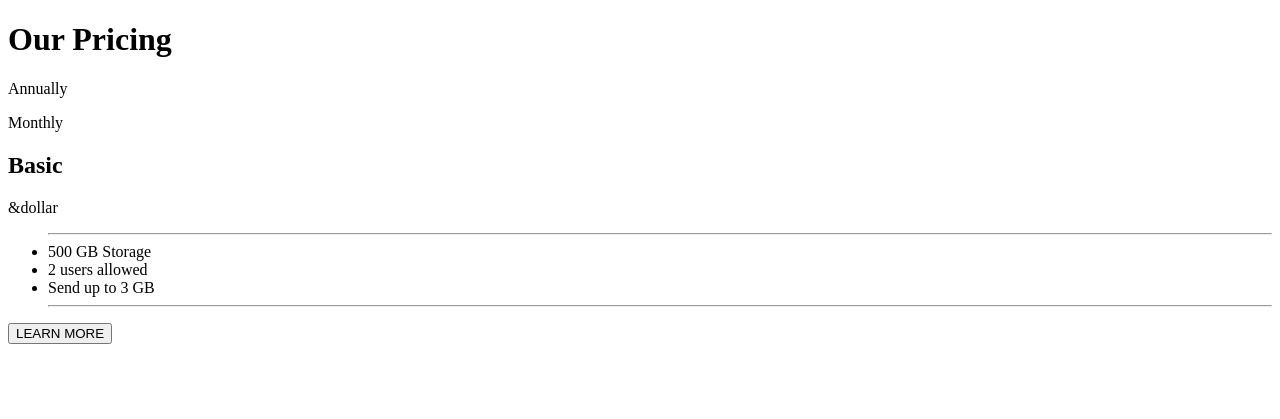
Repository: lah23500/Pricing-App
Page: Price landing page/index.html
These files come from the project's save history. The page is drawn as it stood at one moment and after the next save; the edit follows.
The browser window is 1280 px wide. The pictures show the whole page.

Above is the page before, as saved 2024-01-19 13:59:11.

After the next save:
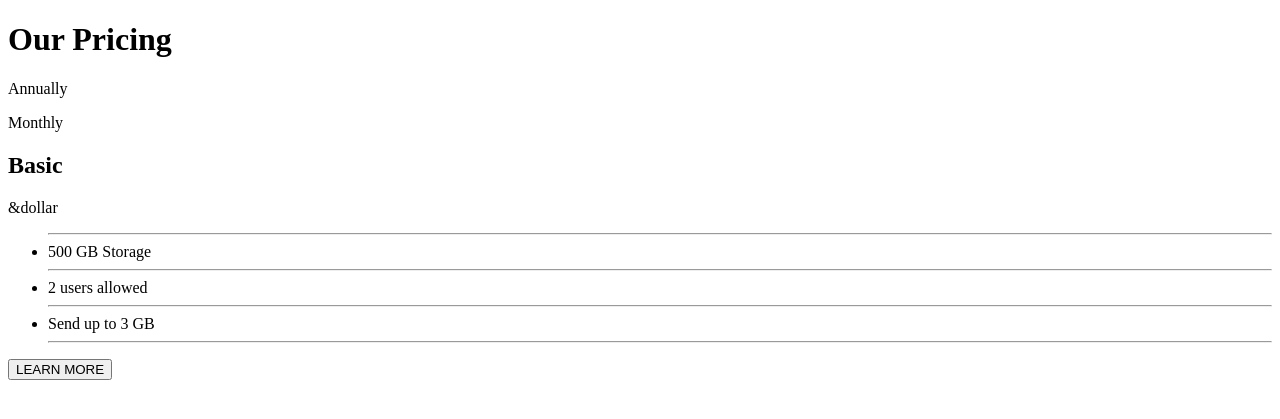
Saved 32 s later.
--- a/Price landing page/index.html
+++ b/Price landing page/index.html
@@ -22,7 +22,9 @@
       <ul>
         <hr />
         <li>500 GB Storage</li>
+        <hr />
         <li>2 users allowed</li>
+        <hr />
         <li>Send up to 3 GB</li>
         <hr />
       </ul>
